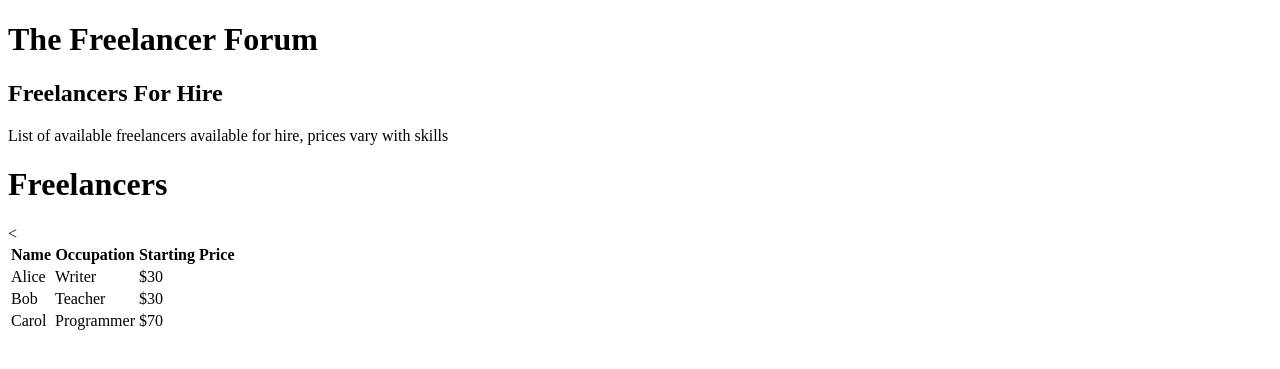
Repository: MelindaN14/Unit2.FreelancerForum
Page: forum/app.html
An editor plug-in stored every save of this project. The page is shown before and after a run of saves, followed by the edit.
The browser window is 1280 px wide. The pictures show the whole page.

Above is the page before, as saved 2024-04-10 21:30:26.

After the next 2 saves:
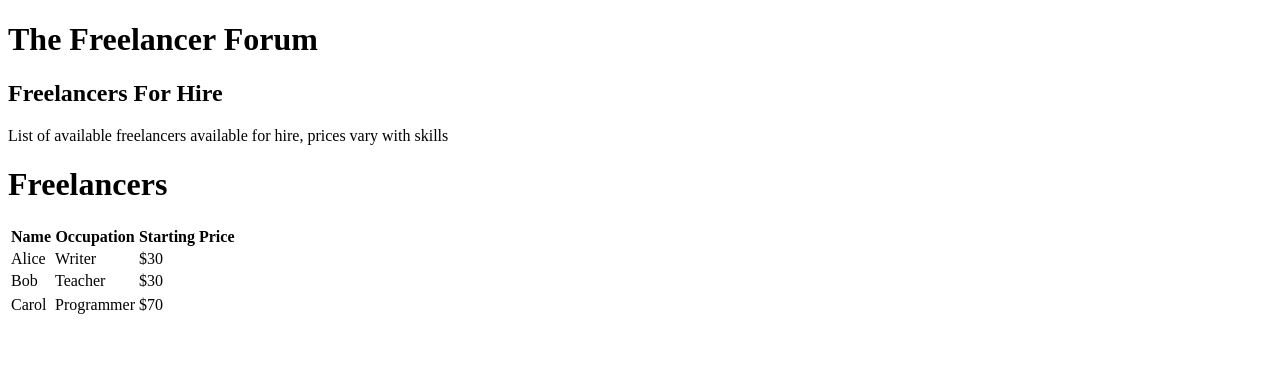
The 2 saves are shown as one change because they came seconds apart.
The last was saved 8 s later.
--- a/forum/app.html
+++ b/forum/app.html
@@ -30,7 +30,7 @@
    <td>Teacher</td>
    <td>$30</td>
  </tr>
-<
+<tr></tr>
 <td>Carol</td>
 <td>Programmer</td>
 <td>$70</td>
